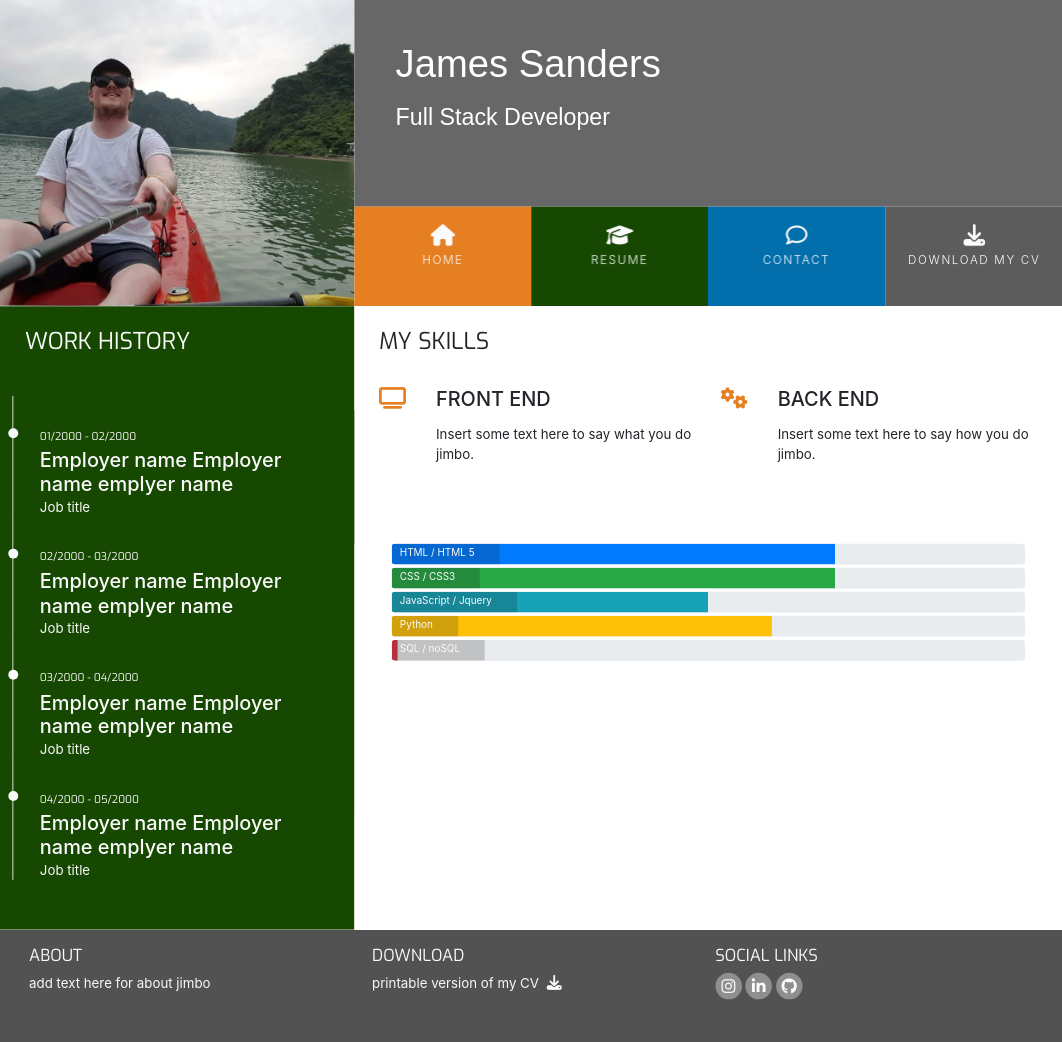
Repository: JaySanders95/my-online-resume
Page: resume.html
These files come from the project's save history. The page is drawn as it stood at one moment and after the next save; the edit follows.
The browser window is 1280 px wide. The pictures show the whole page, at 83% of full size.
Some web fonts or font styles are not loaded; a fallback is used. Some web libraries are served in a nearby version.

Above is the page before, as saved 2023-05-05 14:10:55.

### resume.html
<!DOCTYPE html>
<html lang="en">

<head>
    <meta charset="UTF-8">
    <meta http-equiv="X-UA-Compatible" content="IE=edge">
    <meta name="viewport" content="width=device-width, initial-scale=1.0">
    <link rel="stylesheet"
        href="https://cdn.jsdelivr.net/npm/@fortawesome/fontawesome-free@6.2.1/css/fontawesome.min.css"
        integrity="sha384-QYIZto+st3yW+o8+5OHfT6S482Zsvz2WfOzpFSXMF9zqeLcFV0/wlZpMtyFcZALm" crossorigin="anonymous">
    <link rel="stylesheet" href="https://cdn.jsdelivr.net/npm/bootstrap@4.6.2/dist/css/bootstrap.min.css"
        integrity="sha384-xOolHFLEh07PJGoPkLv1IbcEPTNtaed2xpHsD9ESMhqIYd0nLMwNLD69Npy4HI+N" crossorigin="anonymous">
    <link rel="stylesheet" href="assets/css/style.css">
    <link rel="stylesheet" href="https://cdnjs.cloudflare.com/ajax/libs/hover.css/2.3.1/css/hover-min.css"
        integrity="sha512-csw0Ma4oXCAgd/d4nTcpoEoz4nYvvnk21a8VA2h2dzhPAvjbUIK6V3si7/g/HehwdunqqW18RwCJKpD7rL67Xg=="
        crossorigin="anonymous" referrerpolicy="no-referrer" />
    <title>James Sanders' Resume</title>
</head>

<body>
    <header>
        <div class="row no-gutters">
            <a href="index.html" class="col-md-4 logo">

            </a>
            <div class="col-md-8">
                <div class="row bg-color-name-title no-gutters">
                    <div class="col heading">
                        <h1 class="name">James Sanders</h1>
                        <h2 class="title">Full Stack Developer</h2>

                    </div>
                </div>
                <div class="row no-gutters">
                    <div class="col">
                        <ul id="nav" class="list-inline menucontainer">
                            <li class="col-6 col-sm-3 ui-menu-color-home list-inline-item menuitem">
                                <a href="#" class="hvr-bounce-to-bottom"><i class="fa fa-home"
                                        aria-hidden="true"></i><span>Home</span></a>
                            </li>
                            <li class="col-6 col-sm-3 ui-menu-color-resume list-inline-item menuitem">
                                <a href="#" class="hvr-bounce-to-bottom"><i class="fa fa-graduation-cap"
                                        aria-hidden="true"></i><span>Resume</span></a>
                            </li>
                            <li class="col-6 col-sm-3 ui-menu-color-contact list-inline-item menuitem">
                                <a href="#" class="hvr-bounce-to-bottom"><i class="fa fa-comment-o"
                                        aria-hidden="true"></i><span>Contact</span></a>
                            </li>
                            <li class="col-6 col-sm-3 ui-menu-color-download list-inline-item menuitem">
                                <a href="#" class="hvr-bounce-to-bottom"><i class="fa fa-download"
                                        aria-hidden="true"></i><span>Download my CV</span></a>
                            </li>
                        </ul>
                    </div>
                </div>
            </div>
        </div>
    </header>
    <section class="container-fluid">
        <div class="row">
            <div class="col-md-4 bg-color-work-history section-column">
                <div class="row">
                    <div class="history-items">
                        <div class="col-12">
                            <h3 class="history-heading uppercase">
                                Work History
                            </h3>
                        </div>
                        <div class="timeline-item" data-dates="01/2000 - 02/2000">
                            <h4>Employer name Employer name emplyer name</h4>
                            <p>Job title</p>
                        </div>
                        <div class="timeline-item" data-dates="02/2000 - 03/2000">
                            <h4>Employer name Employer name emplyer name</h4>
                            <p>Job title</p>
                        </div>
                        <div class="timeline-item" data-dates="03/2000 - 04/2000">
                            <h4>Employer name Employer name emplyer name</h4>
                            <p>Job title</p>
                        </div>
                        <div class="timeline-item" data-dates="04/2000 - 05/2000">
                            <h4>Employer name Employer name emplyer name</h4>
                            <p>Job title</p>
                        </div>
                    </div>
                </div>

            </div>
            <div class="col-md-8 bg-color-three-reasons section-column">
                <div class="row">
                    <div class="col">
                        <h3 class="section-heading uppercase">My Skills</h3>
                    </div>
                </div>
                <div class="row">
                    <div class="col-10 offset-1 offset-sm-0 col-sm-4 col-md-6">
                        <div class="row">
                            <div class="col-2">
                                <i class="three-reasons-icon fa fa-tv" aria-hidden="true"></i>
                            </div>
                            <div class="col-10">
                                <h4 class="three-reasons-heading uppercase">Front End</h4>
                                <p>
                                    Insert some text here to say what you do jimbo.
                                </p>
                            </div>
                        </div>
                    </div>
                    <div class="col-10 offset-1 offset-sm-0 col-sm-4 col-md-6">
                        <div class="row">
                            <div class="col-2">
                                <i class="three-reasons-icon fa fa-gears" aria-hidden="true"></i>
                            </div>
                            <div class="col-10">
                                <h4 class="three-reasons-heading uppercase">Back end</h4>
                                <p>
                                    Insert some text here to say how you do jimbo.
                                </p>
                            </div>
                        </div>
                    </div>

                </div>
                <div class="row progress-section">

                </div>
                <div class="col">
                    <div class="progress">
                        <div class="progress-bar" role="progressbar" # aria-valuenow="70" aria-valuemin="0"
                            aria-valuemax="100" style="width:70%">
                            <span class="sr-only"> 70% complete</span>
                        </div>
                        <span class="progress-type">HTML / HTML 5</span>
                    </div>
                    <div class="progress">
                        <div class="progress-bar bg-success" role="progressbar" # aria-valuenow="70" aria-valuemin="0"
                            aria-valuemax="100" style="width:70%">
                            <span class="sr-only"> 70% complete</span>
                        </div>
                        <span class="progress-type">CSS / CSS3</span>
                    </div>
                    <div class="progress">
                        <div class="progress-bar bg-info" role="progressbar" # aria-valuenow="50" aria-valuemin="0"
                            aria-valuemax="100" style="width:50%">
                            <span class="sr-only"> 50% complete</span>
                        </div>
                        <span class="progress-type">JavaScript / Jquery</span>
                    </div>
                    <div class="progress">
                        <div class="progress-bar bg-warning" role="progressbar" # aria-valuenow="60" aria-valuemin="0"
                            aria-valuemax="100" style="width:60%">
                            <span class="sr-only"> 60% complete</span>
                        </div>
                        <span class="progress-type">Python</span>
                    </div>
                    <div class="progress">
                        <div class="progress-bar bg-danger" role="progressbar" # aria-valuenow="1" aria-valuemin="0"
                            aria-valuemax="100" style="width:1%">
                            <span class="sr-only"> 0% complete</span>
                        </div>
                        <span class="progress-type">SQL / noSQL</span>
                    </div>
                </div>
            </div>
        </div>

    </section>
    <footer class="container-fluid">
        <div id="footer-details" class="row">
            <div class="col-sm-4">
                <h5 class="uppercase general-sub">About</h5>
                <p class="inline-block"> add text here for about jimbo</p>
            </div>
            <div class="col-sm-4">
                <h5 class="uppercase general-sub">Download</h5>
                <p class="inline-block"> printable version of my CV</p>
                <a href="#" target="_blank" class="cv-pdf">
                    <i class="fa fa-download" aria-hidden="true"></i>
                    <span class="sr-only">Download link.</span>
                </a>
            </div>
            <div class="col-sm-4">
                <h5 class="uppercase general-sub">Social links</h5>
                <ul class="list-inline social-links">
                    <li class="list-inline-item">
                        <a target="_blank" href="#">
                            <i class="fa fa-instagram"></i>
                            <span class="sr-only">Instagram</span>
                        </a>
                    </li>
                    <li class="list-inline-item">
                        <a target="_blank" href="#">
                            <i class="fa fa-linkedin"></i>
                            <span class="sr-only">LinkedIn</span>
                        </a>
                    </li>
                    <li class="list-inline-item">
                        <a target="_blank" href="#">
                            <i class="fa-brands fa-github"></i>
                            <span class="sr-only">GitHub</span>

                        </a>
                    </li>
                </ul>
            </div>
        </div>

    </footer>
    <script src="https://kit.fontawesome.com/c80cd6a143.js" crossorigin="anonymous"></script>
</body>

</html>

Loaded but not shown: assets/css/style.css (383 lines, source omitted)

After the next save:
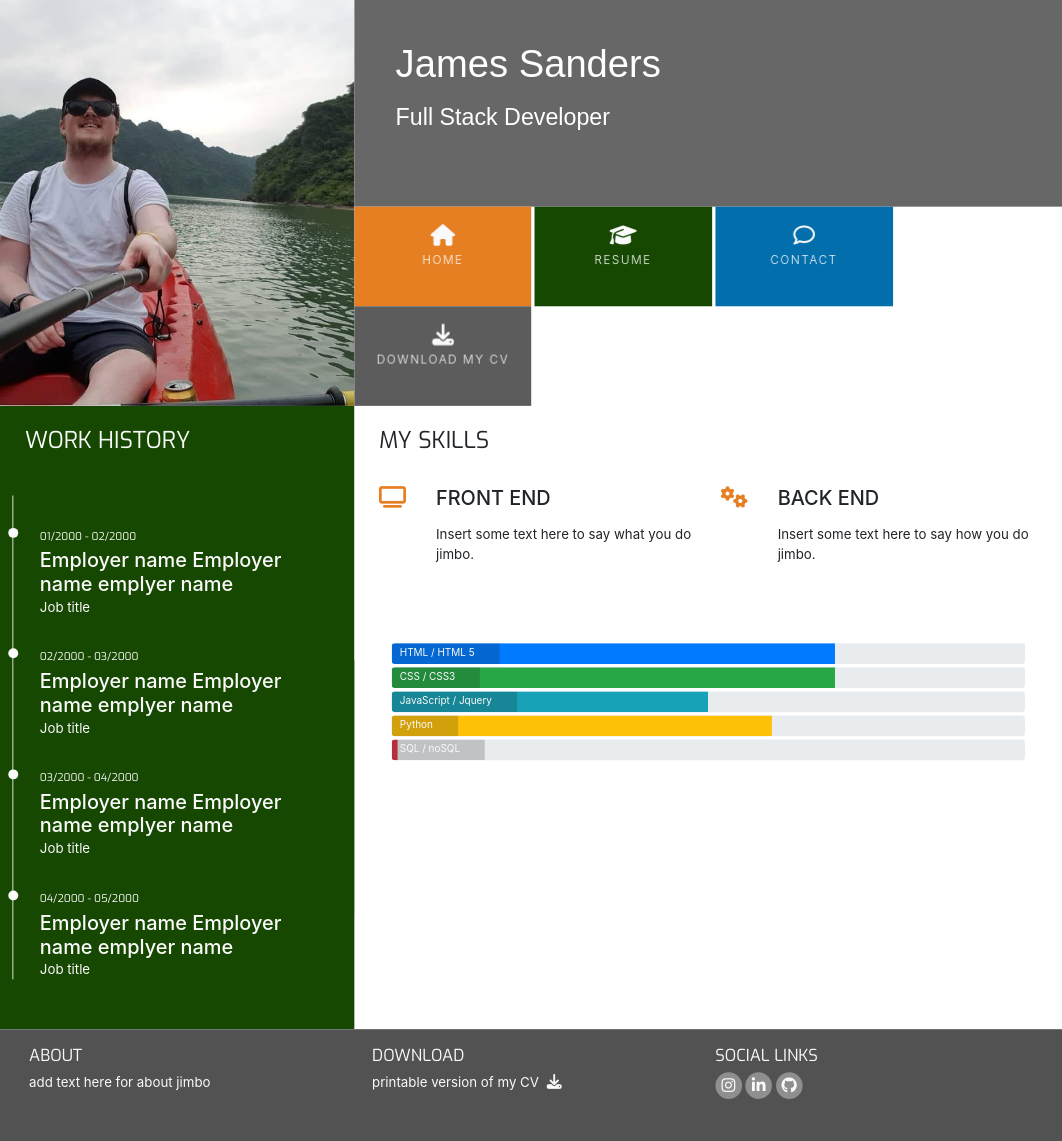
Saved 10 s later.
--- a/resume.html
+++ b/resume.html
@@ -33,23 +33,18 @@
                 </div>
                 <div class="row no-gutters">
                     <div class="col">
-                        <ul id="nav" class="list-inline menucontainer">
-                            <li class="col-6 col-sm-3 ui-menu-color-home list-inline-item menuitem">
-                                <a href="#" class="hvr-bounce-to-bottom"><i class="fa fa-home"
-                                        aria-hidden="true"></i><span>Home</span></a>
-                            </li>
-                            <li class="col-6 col-sm-3 ui-menu-color-resume list-inline-item menuitem">
-                                <a href="#" class="hvr-bounce-to-bottom"><i class="fa fa-graduation-cap"
-                                        aria-hidden="true"></i><span>Resume</span></a>
-                            </li>
-                            <li class="col-6 col-sm-3 ui-menu-color-contact list-inline-item menuitem">
-                                <a href="#" class="hvr-bounce-to-bottom"><i class="fa fa-comment-o"
-                                        aria-hidden="true"></i><span>Contact</span></a>
-                            </li>
-                            <li class="col-6 col-sm-3 ui-menu-color-download list-inline-item menuitem">
-                                <a href="#" class="hvr-bounce-to-bottom"><i class="fa fa-download"
-                                        aria-hidden="true"></i><span>Download my CV</span></a>
-                            </li>
+                        <li class="col-6 col-sm-3 ui-menu-color-home list-inline-item menuitem">
+                            <a href="index.html" class="hvr-bounce-to-bottom"><i class="fa fa-home" aria-hidden="true"></i><span>Home</span></a>
+                        </li>
+                        <li class="col-6 col-sm-3 ui-menu-color-resume list-inline-item menuitem">
+                            <a href="resume.html" class="hvr-bounce-to-bottom"><i class="fa fa-graduation-cap" aria-hidden="true"></i><span>Resume</span></a>
+                        </li>
+                        <li class="col-6 col-sm-3 ui-menu-color-contact list-inline-item menuitem">
+                            <a href="contact.html" class="hvr-bounce-to-bottom"><i class="fa fa-comment-o" aria-hidden="true"></i><span>Contact</span></a>
+                        </li>
+                        <li class="col-6 col-sm-3 ui-menu-color-download list-inline-item menuitem">
+                            <a href="assets/CV/James-S-CV.pdf" class="hvr-bounce-to-bottom"><i class="fa fa-download" aria-hidden="true"></i><span>Download my CV</span></a>
+                        </li>
                         </ul>
                     </div>
                 </div>

After the 3 saves that followed:
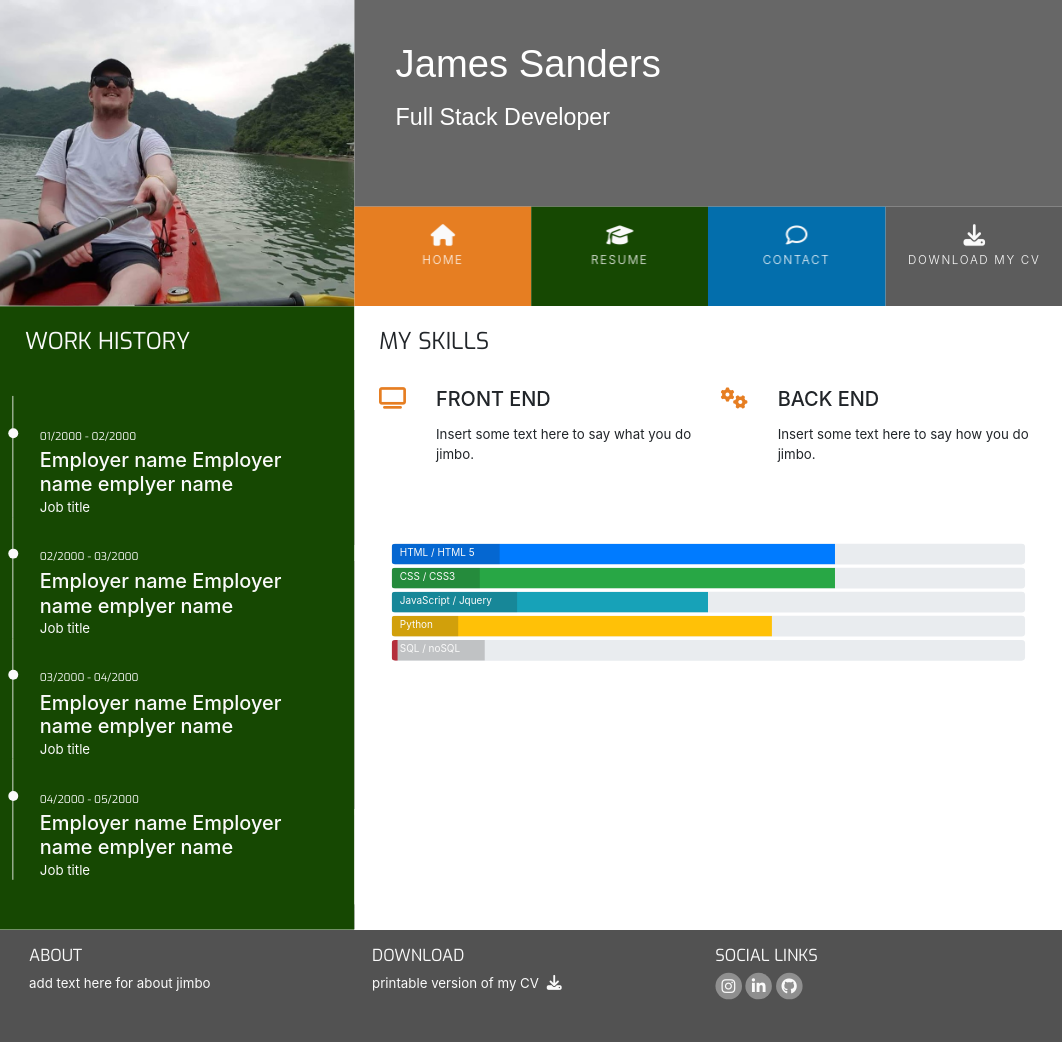
The 3 saves are shown as one change because 2 left the picture as it was.
The last was saved 7 min 6 s later.
--- a/resume.html
+++ b/resume.html
@@ -33,18 +33,19 @@
                 </div>
                 <div class="row no-gutters">
                     <div class="col">
-                        <li class="col-6 col-sm-3 ui-menu-color-home list-inline-item menuitem">
-                            <a href="index.html" class="hvr-bounce-to-bottom"><i class="fa fa-home" aria-hidden="true"></i><span>Home</span></a>
-                        </li>
-                        <li class="col-6 col-sm-3 ui-menu-color-resume list-inline-item menuitem">
-                            <a href="resume.html" class="hvr-bounce-to-bottom"><i class="fa fa-graduation-cap" aria-hidden="true"></i><span>Resume</span></a>
-                        </li>
-                        <li class="col-6 col-sm-3 ui-menu-color-contact list-inline-item menuitem">
-                            <a href="contact.html" class="hvr-bounce-to-bottom"><i class="fa fa-comment-o" aria-hidden="true"></i><span>Contact</span></a>
-                        </li>
-                        <li class="col-6 col-sm-3 ui-menu-color-download list-inline-item menuitem">
-                            <a href="assets/CV/James-S-CV.pdf" class="hvr-bounce-to-bottom"><i class="fa fa-download" aria-hidden="true"></i><span>Download my CV</span></a>
-                        </li>
+                        <ul id="nav" class="list-inline menucontainer">
+                            <li class="col-6 col-sm-3 ui-menu-color-home list-inline-item menuitem">
+                                <a href="index.html" class="hvr-bounce-to-bottom"><i class="fa fa-home" aria-hidden="true"></i><span>Home</span></a>
+                            </li>
+                            <li class="col-6 col-sm-3 ui-menu-color-resume list-inline-item menuitem">
+                                <a href="resume.html" class="hvr-bounce-to-bottom"><i class="fa fa-graduation-cap" aria-hidden="true"></i><span>Resume</span></a>
+                            </li>
+                            <li class="col-6 col-sm-3 ui-menu-color-contact list-inline-item menuitem">
+                                <a href="contact.html" class="hvr-bounce-to-bottom"><i class="fa fa-comment-o" aria-hidden="true"></i><span>Contact</span></a>
+                            </li>
+                            <li class="col-6 col-sm-3 ui-menu-color-download list-inline-item menuitem">
+                                <a href="assets/CV/James-S-CV.pdf" class="hvr-bounce-to-bottom" target="_blank"><i class="fa fa-download" aria-hidden="true"></i><span>Download my CV</span></a>
+                            </li>
                         </ul>
                     </div>
                 </div>
